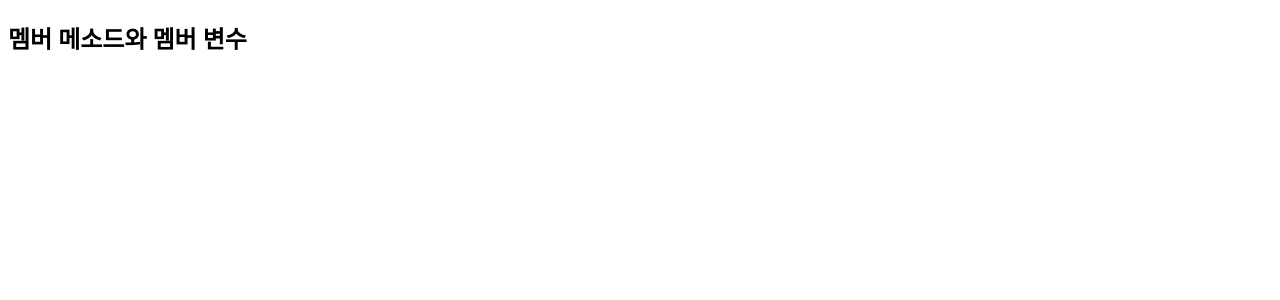
Repository: kkj68106810-dot/jsp2026
Page: http://localhost/chapter01/test04.jsp
These files come from the project's save history. The page is drawn as it stood at one moment and after the next save; the edit follows.
The browser window is 1280 px wide. The pictures show the whole page.
The page is served by Tomcat 9.

Above is the page before, as saved 2026-10-16 03:02:35.

After the next save:
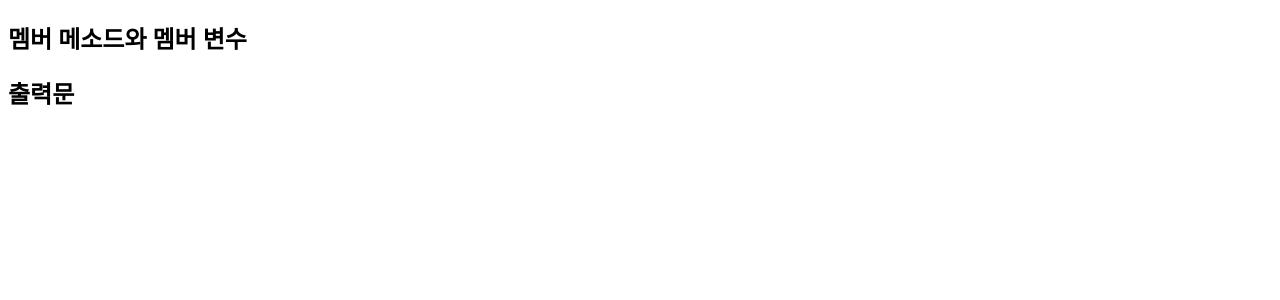
Saved 5 s later.
--- a/chapter01/src/main/webapp/test04.jsp
+++ b/chapter01/src/main/webapp/test04.jsp
@@ -31,6 +31,6 @@
 			return result;
 		}
 	%>
-	<h1></h1>
+	<h2>출력문</h2>
 </body>
 </html>
